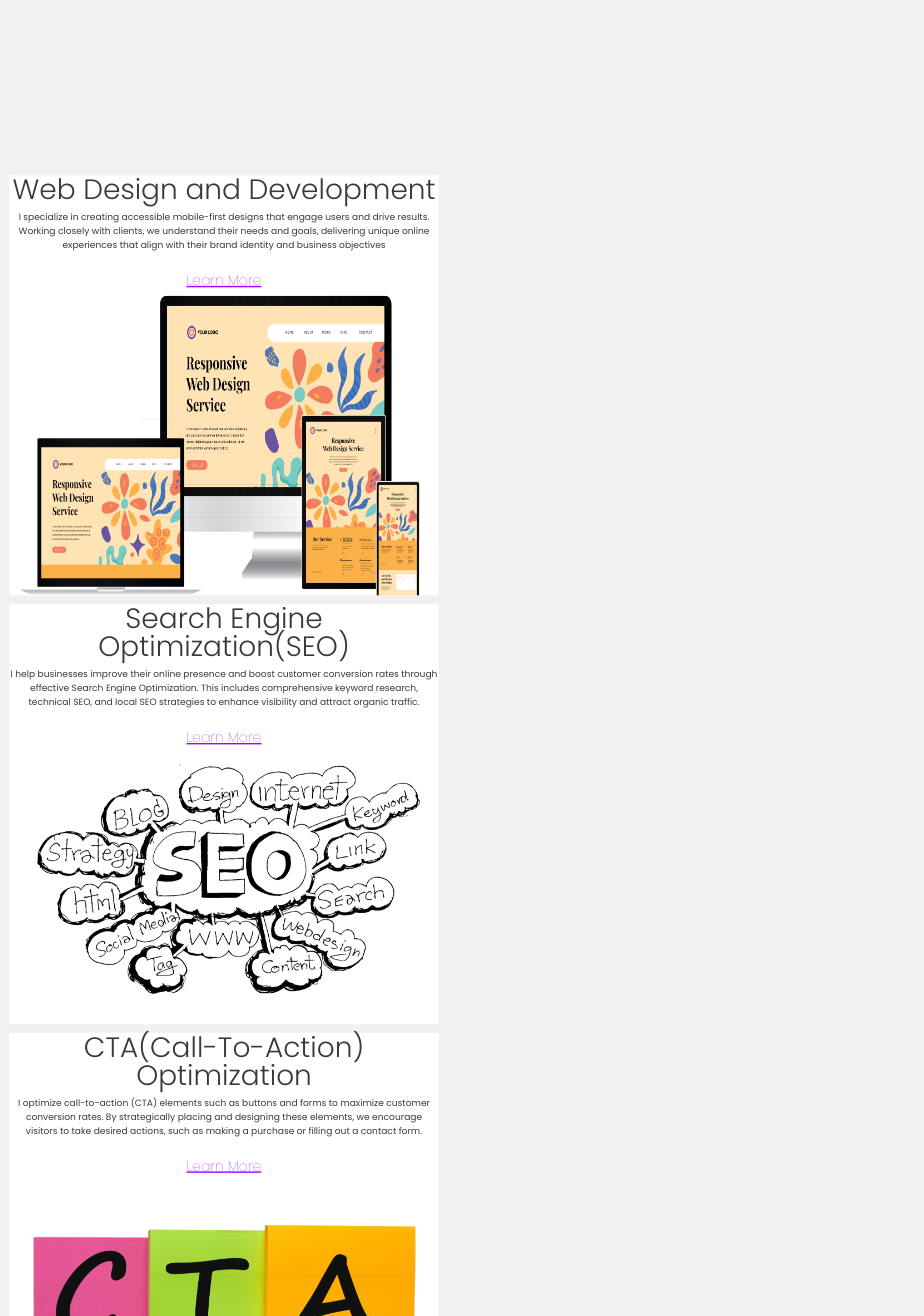
Repository: akiachenise/akiachenise.github.io
Page: index.html
The author's editor kept a copy of each file at every save. The page is drawn from the files as they stood at one save, then again after the next save.
The browser window is 1280 px wide. The page is 1320 px wide, so the pictures cover 1320 px, including what lies to the right of the window. The pictures show the part of the page from y = 499 to 2379 px (the page is 3270 px tall before and 2057 px after), at 70% of full size.

Above is the page before, as saved 2023-06-09 08:20:54.

After the next save:
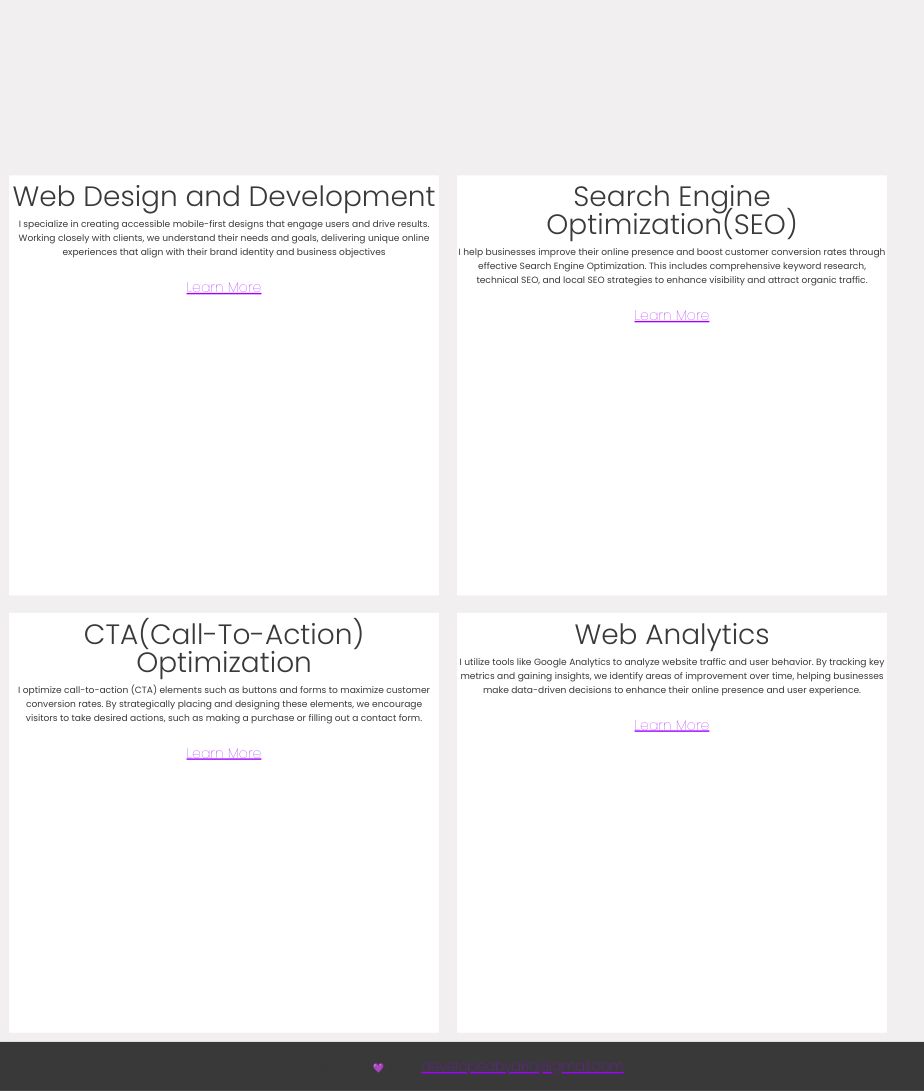
Saved 4 min 50 s later.
--- a/css/styles.css
+++ b/css/styles.css
@@ -116,7 +116,7 @@ header {
     background-color: rgb(71, 71, 71);
 }
 
-#web-design {
+/*#web-design {
     background-image: url("../images/web-design.png");
     background-size: cover;
 }
